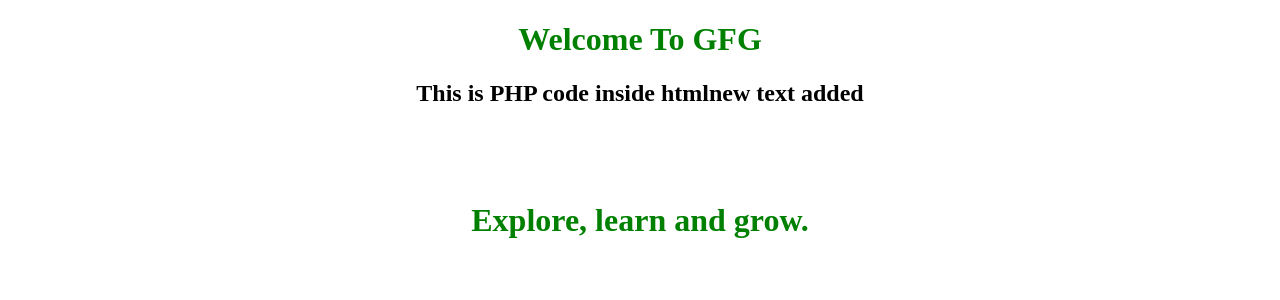
Repository: anish9914/phpprojectgh
Page: http://localhost/exsample1.php
These files come from the project's save history. The page is drawn as it stood at one moment and after a run of saves; the edit follows.
The browser window is 1280 px wide. The pictures show the whole page.
The page is run by PHP 8.4 with error messages shown; the project is at /var/www/html/.

Above is the page before, as saved 2022-12-14 11:11:32.

### exsample1.php
<!DOCTYPE html>
<html>

<head>
    <style>
        h1 {
            color: green;
        }
    </style>
</head>

<body>
    <center>
        <h1>Welcome To GFG</h1>

        <h2>
            <?php
            echo "This is PHP code inside html";
            echo "new text added<br>";


            ?>
        </h2>
        <h1>
        <br><br>
        <?php
        echo 'Explore, learn and grow.'
        ?>
        </p>
    </center>
</body>

</html>

After the next 5 saves:
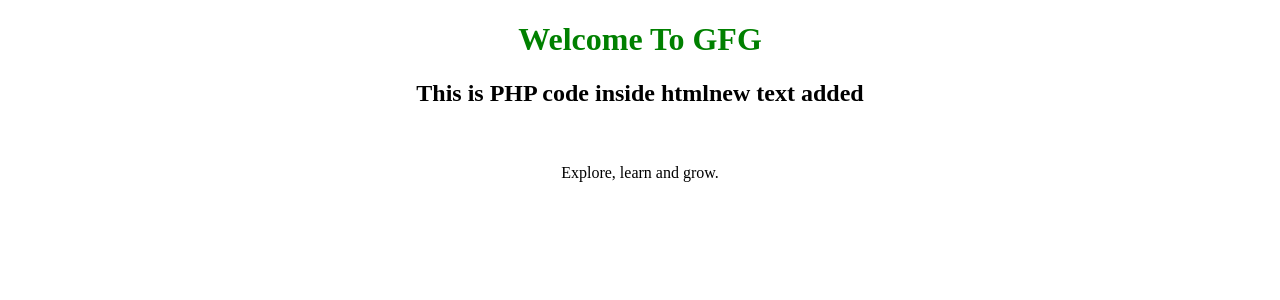
The 5 saves are shown as one change because they came seconds apart.
The last was saved 10 s later.
--- a/exsample1.php
+++ b/exsample1.php
@@ -21,7 +21,7 @@
 
             ?>
         </h2>
-        <h1>
+        <h1></h1>
         <br><br>
         <?php
         echo 'Explore, learn and grow.'
